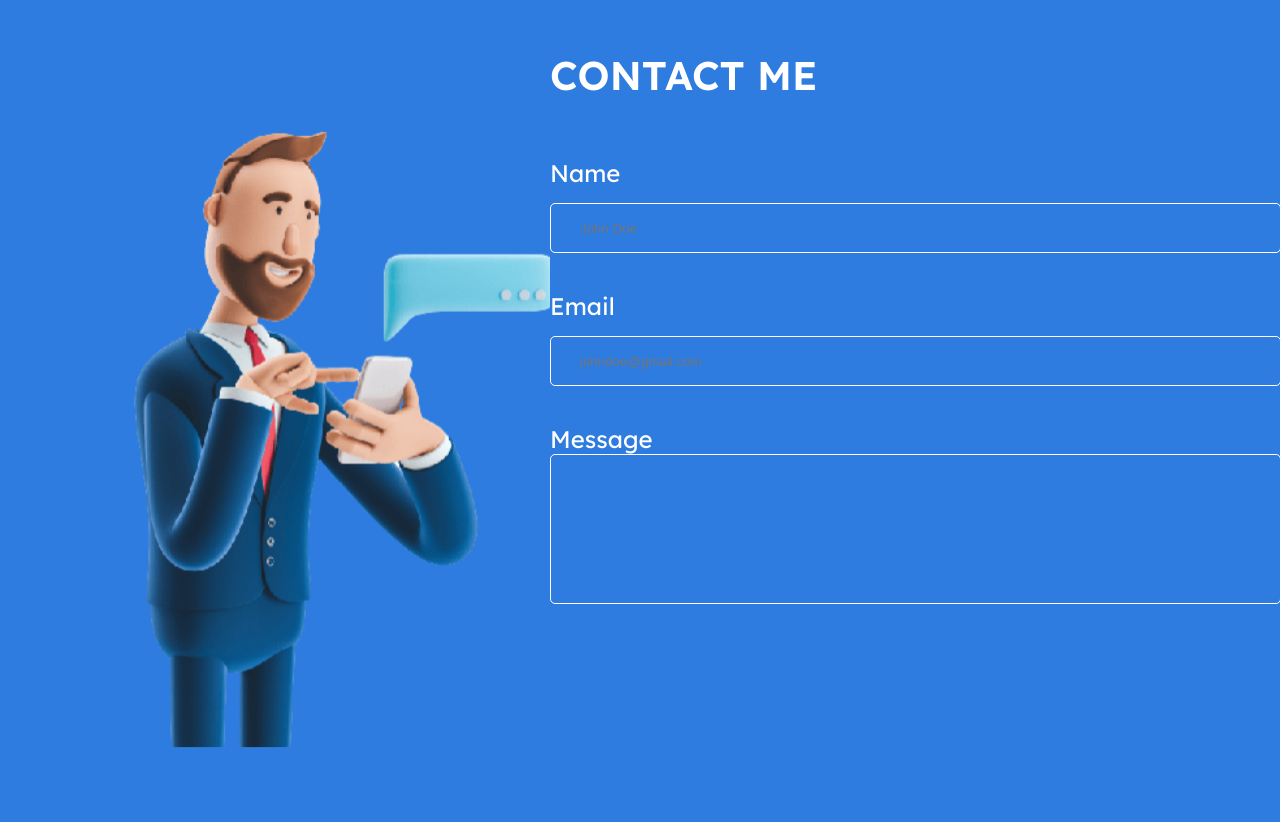
Repository: AytacJafarova/contact-task
Page: index.html
An editor plug-in stored every save of this project. The page is shown before and after the next save, followed by the edit.
The browser window is 1280 px wide. The page is 1281 px wide, so the pictures cover 1281 px, including what lies to the right of the window. The pictures show the whole page.

Above is the page before, as saved 2023-09-05 14:45:21.

### index.html
<!DOCTYPE html>
<html lang="en">

<head>
    <meta charset="UTF-8">
    <meta name="viewport" content="width=device-width, initial-scale=1.0">
    <title>Document</title>
    <link rel="stylesheet" href="./index.css">
</head>

<body>
    <div class="container">
        <div class="img-area">
            <img src="./contactImages/cta-2-1-92c17b59fa88d0f37a14bacdde164b49-removebg-preview 1.svg" alt="">
        </div>
        <div class="contact-area">
            <h1>Contact me</h1>
            <form action="">
                <label for="">
                    Name
                    <input placeholder="John Doe" type="text" required />
                </label>
                <label for="">
                    Email
                    <input placeholder="johndoe@gmail.com" type="email" required />
                </label>
                <label for="">
                    Message
                    <textarea name="" id="" cols="30" rows="10"></textarea>
                </label>
            </form>
        </div>
    </div>
</body>

</html>

### index.css
@import url('https://fonts.googleapis.com/css2?family=Lexend:wght@200;400;600&display=swap');

* {
    padding: 0;
    margin: 0;
    box-sizing: border-box;
}

.container {
    padding: 50px 51px 70px 65px;
    min-height: 100vh;
    background: #2E7CDF;
    display: flex;
    justify-content: space-between;
}

.container .contact-area form {
    display: flex;
    flex-direction: column;
}

.container .contact-area .img-area img {
    width: 538px;
    height: 697.325px;
    flex-shrink: 0;
}

.container .contact-area h1 {
    color: #FFF;
    font-family: Lexend;
    font-size: 40px;
    font-style: normal;
    font-weight: 600;
    line-height: normal;
    text-transform: uppercase;
}

.container .contact-area form {
    margin-top: 20px;
}

.container .contact-area form label {
    color: #FFF;
    font-family: Lexend;
    font-size: 24px;
    font-style: normal;
    font-weight: 400;
    line-height: normal;
    text-transform: capitalize;
    margin-top: 38px;
}

.container .contact-area::placeholder {
    color: #FFF;
    font-family: Lexend;
    font-size: 20px;
    font-style: normal;
    font-weight: 200;
    line-height: normal;
    text-transform: capitalize;
}

.container .contact-area form input {
    height: 50px;
    padding: 13px 523px 12px 29px;
    align-items: center;
    flex-shrink: 0;
    border-radius: 5px;
    border: 1px solid #FFF;
    background: #2E7CDF;
    margin-top: 15px;
}

.container .contact-area form input {
    display: flex;
    flex-direction: column;
}

.container .contact-area form textarea {
    resize: none;
    display: flex;
    width: 641px;
    height: 150px;
    padding: 19px 529px 106px 29px;
    align-items: center;
    flex-shrink: 0;
    border-radius: 5px;
    border: 1px solid #FFF;
    background: #2E7CDF;
    width: 100%;
}

After the next save:
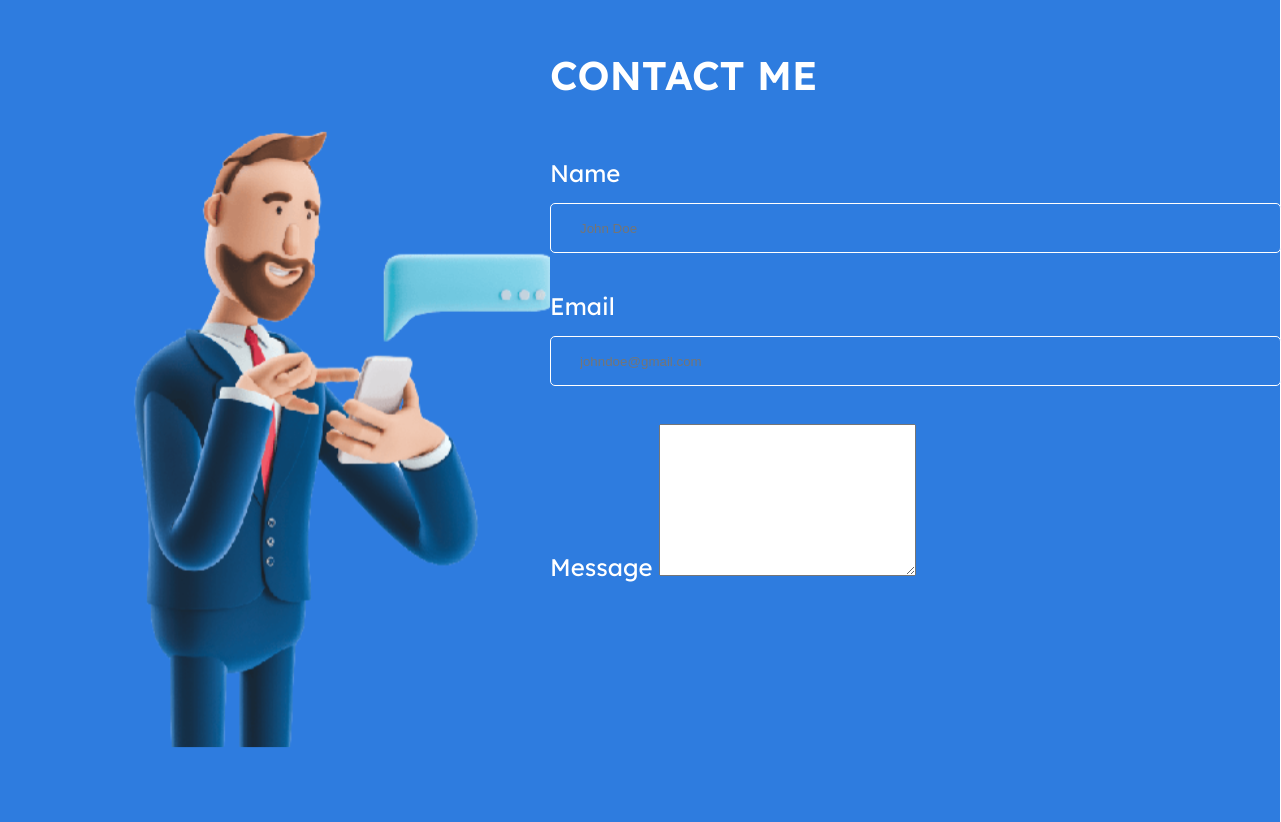
Saved 107 s later.
--- a/index.css
+++ b/index.css
@@ -75,7 +75,7 @@
     display: flex;
     flex-direction: column;
 }
-
+.co
 .container .contact-area form textarea {
     resize: none;
     display: flex;

After the 5 saves that followed:
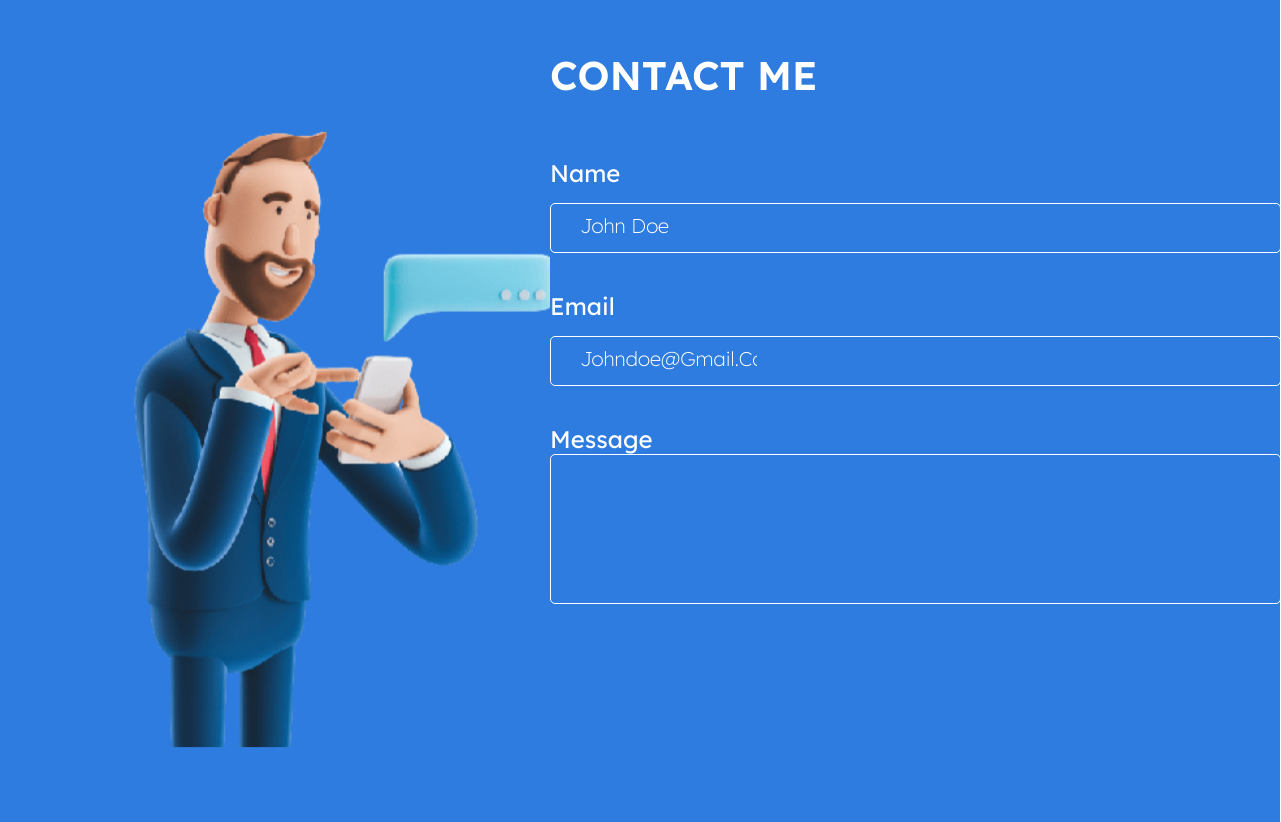
The 5 saves are shown as one change because they came seconds apart.
The last was saved 18 s later.
--- a/index.css
+++ b/index.css
@@ -75,7 +75,15 @@
     display: flex;
     flex-direction: column;
 }
-.co
+.container .contact-area form input::placeholder{
+    color: #FFF;
+font-family: Lexend;
+font-size: 20px;
+font-style: normal;
+font-weight: 200;
+line-height: normal;
+text-transform: capitalize;
+}
 .container .contact-area form textarea {
     resize: none;
     display: flex;
